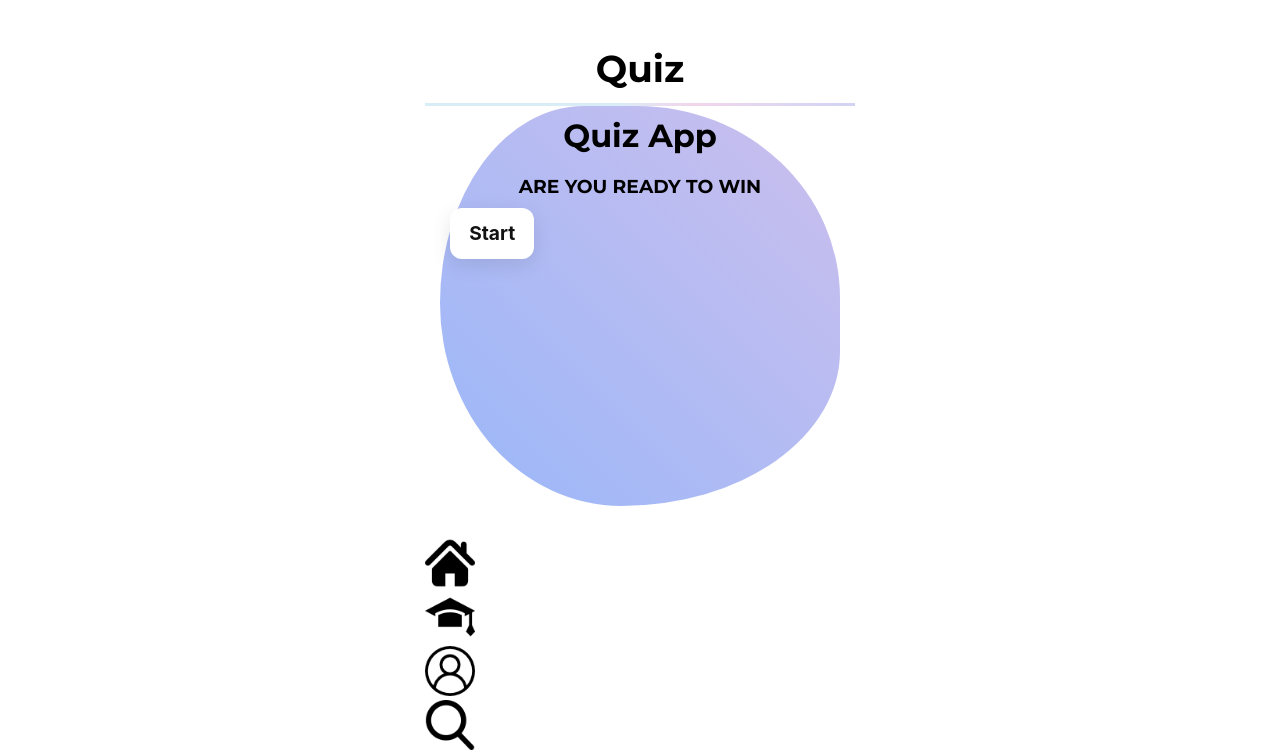
Repository: 1medi/pocketprof
Page: /QuizPage
The author's editor kept a copy of each file at every save. The page is drawn from the files as they stood at one save, then again after the next save.
The browser window is 1280 px wide. The pictures show the whole page.
The project was rebuilt for these pictures with package versions that can differ from the ones it lists, and the page was loaded fresh each time. The framework's server and built-in components were replaced by stand-ins that run in the browser. Also part of the build but not shown: next.config.mjs, Components/Buttons/Oscar/Oscar.module.css, Components/Buttons/Oscar/index.js.

Above is the page before, as saved 2024-05-04 01:14:49.

After the next save:
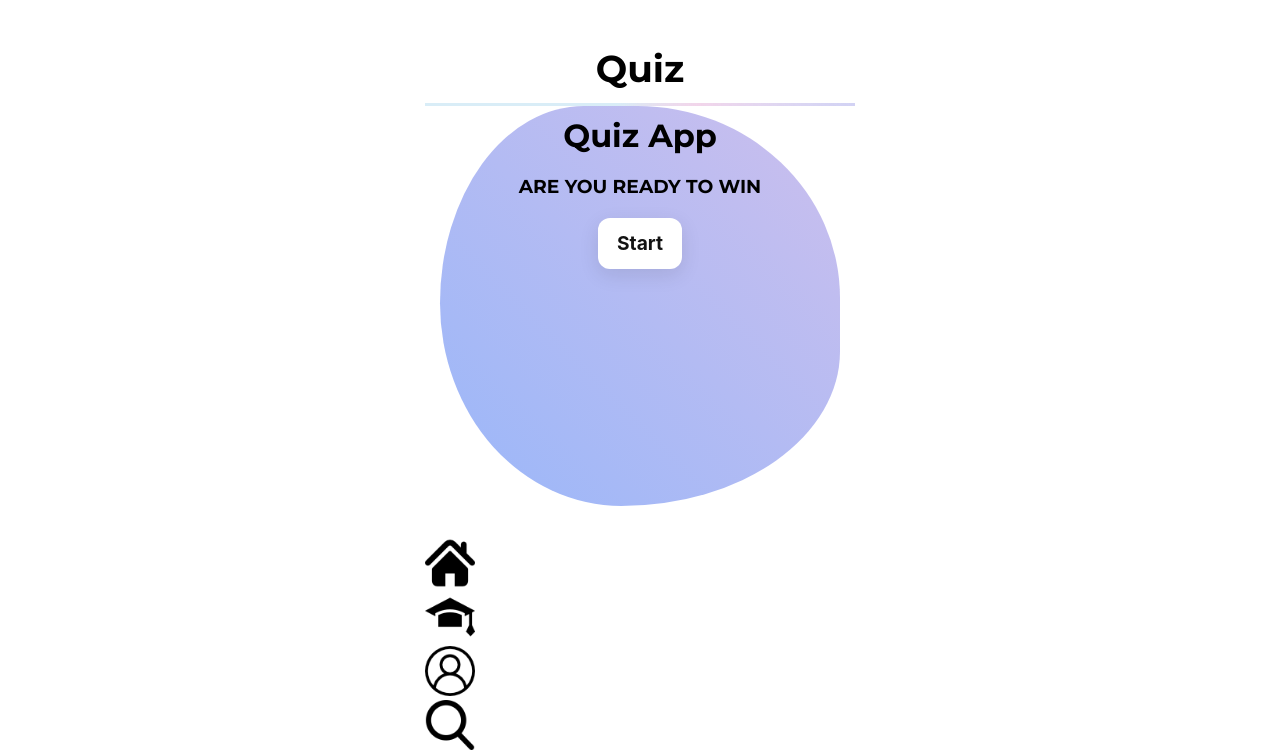
Saved 76 s later.
--- a/styles/QuizPage.module.css
+++ b/styles/QuizPage.module.css
@@ -37,6 +37,10 @@
  transition: all 1s ease-in-out;
  width: 400px;
  z-index: 5;
+ max-height: 932px;
+ position: relative;
+ display: flex;
+ flex-direction: column;
 }
 
 @keyframes morph {
